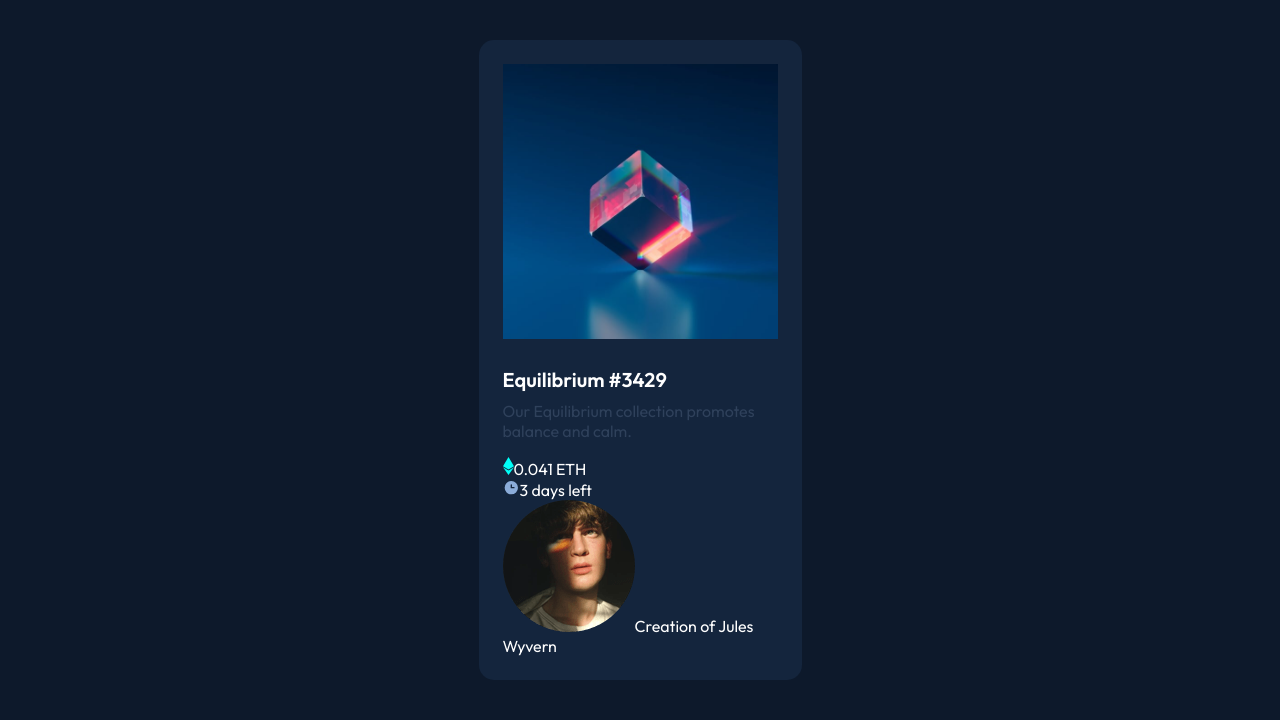
Repository: VAL1DOL-web/fm-NFT-preview-card-component
Page: index.html
The author's editor kept a copy of each file at every save. The page is drawn from the files as they stood at one save, then again after the next save.
The browser window is 1280 px wide. The pictures show the whole page.

Above is the page before, as saved 2024-01-07 15:41:36.

After the next save:
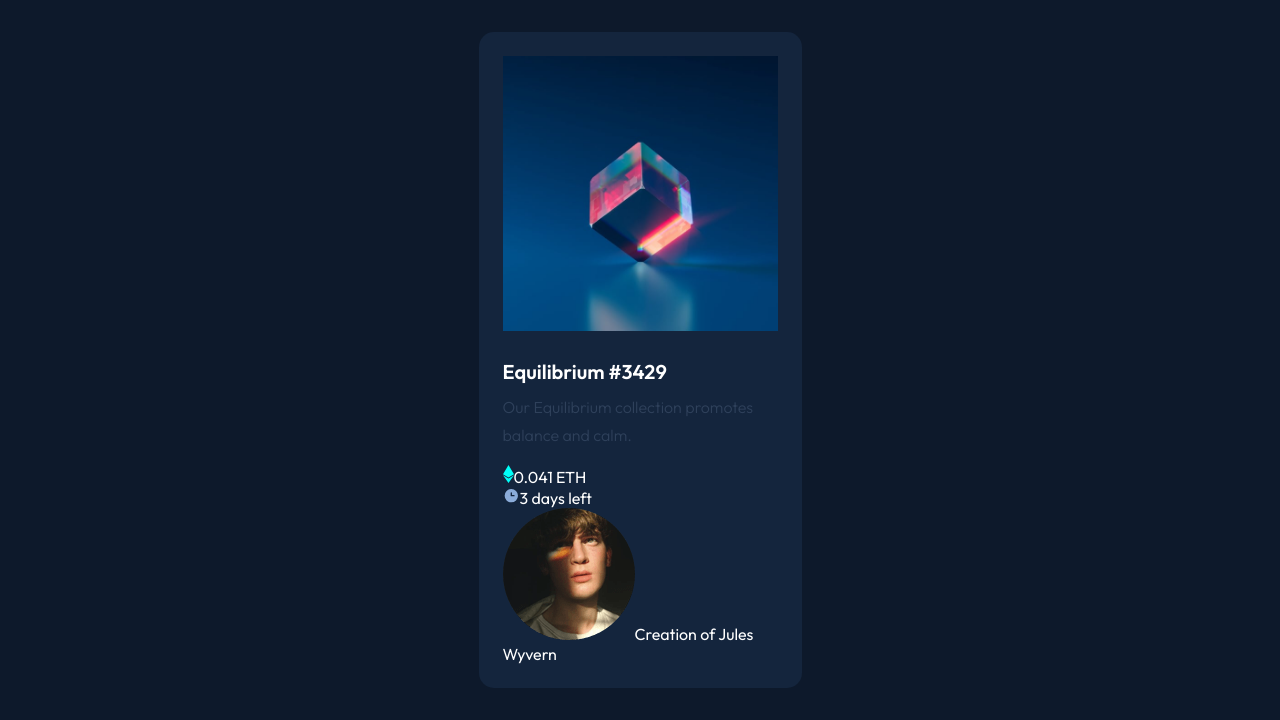
Saved 19 s later.
--- a/style.css
+++ b/style.css
@@ -35,4 +35,6 @@ h3 {
 .description {
     margin: 0.6rem 0 1rem 0;
     color:hsl(215, 32%, 27%);
+    line-height: 28px;
+    font-weight: 300;
 }
